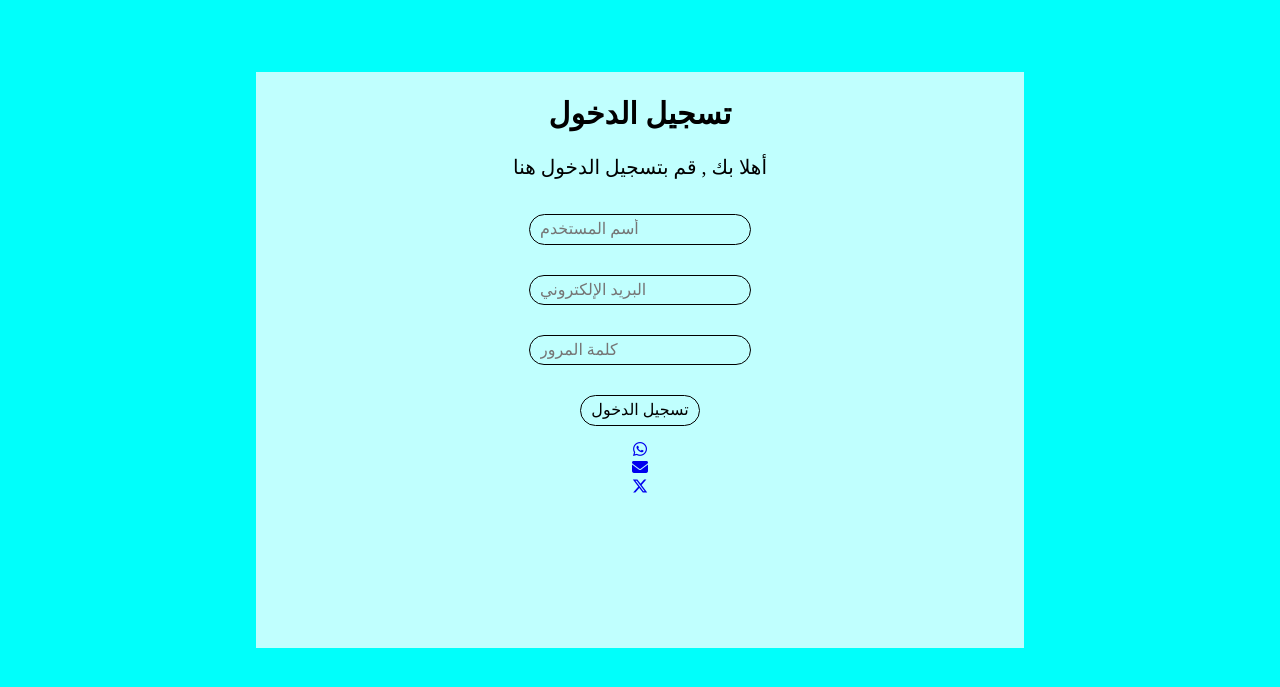
Repository: FaisalFahed/login-page
Page: html/صفحة تسجيل دخول.html
The author's editor kept a copy of each file at every save. The page is drawn from the files as they stood at one save, then again after the next save.
The browser window is 1280 px wide. The pictures show the whole page.
Some web fonts or font styles are not loaded; a fallback is used.

Above is the page before, as saved 2025-04-01 08:32:14.

### html/صفحة تسجيل دخول.html
<!DOCTYPE html>
<html lang="en">
<head>
    <meta charset="UTF-8">
    <meta name="viewport" content="width=device-width, initial-scale=1.0">
    <link rel="stylesheet" href="css/normlaize.css">
    <link rel="stylesheet" href="../css/صفحة تسجيل دخول.css">
    <!-- Font Awesome -->
    <link rel="stylesheet" href="../css/all.min.css">
    <!-- Google Fonts -->
    <link rel="preconnect" href="https://fonts.googleapis.com">
    <link rel="preconnect" href="https://fonts.gstatic.com" crossorigin>
    <link href="https://fonts.googleapis.com/css2?family=Markazi+Text:wght@400..700&display=swap" rel="stylesheet">
    <title>Faisal | صفحة تسجيل دخول</title>
</head>
    <body>
        <div class="container">
            <div class="text">
                <h2>تسجيل الدخول</h2>
                <p>أهلا بك , قم بتسجيل الدخول هنا</p>
            </div>
            <div class="log-in">
                <input type="text" placeholder="أسم المستخدم">
                <input type="email" placeholder="البريد الإلكتروني">
                <input type="password" placeholder="كلمة المرور">
                <input type="submit" value="تسجيل الدخول">
            </div>
            <div class="icons">
                <ul>
                    <li><a href="#"><i class="fa-brands fa-whatsapp"></i></a></li>
                    <li><a href="#"><i class="fa-solid fa-envelope"></i></a></li>
                    <li><a href="#"><i class="fa-brands fa-x-twitter"></i></a></li>
                </ul>
            </div>
        </div>
    </body>
</html>

### css/normlaize.css
/*! normalize.css v8.0.1 | MIT License | github.com/necolas/normalize.css */

/* Document
   ========================================================================== */

/**
 * 1. Correct the line height in all browsers.
 * 2. Prevent adjustments of font size after orientation changes in iOS.
 */

 html {
  line-height: 1.15; /* 1 */
  -webkit-text-size-adjust: 100%; /* 2 */
}

/* Sections
   ========================================================================== */

/**
 * Remove the margin in all browsers.
 */

body {
  margin: 0;
}

/**
 * Render the `main` element consistently in IE.
 */

main {
  display: block;
}

/**
 * Correct the font size and margin on `h1` elements within `section` and
 * `article` contexts in Chrome, Firefox, and Safari.
 */

h1 {
  font-size: 2em;
  margin: 0.67em 0;
}

/* Grouping content
   ========================================================================== */

/**
 * 1. Add the correct box sizing in Firefox.
 * 2. Show the overflow in Edge and IE.
 */

hr {
  box-sizing: content-box; /* 1 */
  height: 0; /* 1 */
  overflow: visible; /* 2 */
}

/**
 * 1. Correct the inheritance and scaling of font size in all browsers.
 * 2. Correct the odd `em` font sizing in all browsers.
 */

pre {
  font-family: monospace, monospace; /* 1 */
  font-size: 1em; /* 2 */
}

/* Text-level semantics
   ========================================================================== */

/**
 * Remove the gray background on active links in IE 10.
 */

a {
  background-color: transparent;
}

/**
 * 1. Remove the bottom border in Chrome 57-
 * 2. Add the correct text decoration in Chrome, Edge, IE, Opera, and Safari.
 */

abbr[title] {
  border-bottom: none; /* 1 */
  text-decoration: underline; /* 2 */
  text-decoration: underline dotted; /* 2 */
}

/**
 * Add the correct font weight in Chrome, Edge, and Safari.
 */

b,
strong {
  font-weight: bolder;
}

/**
 * 1. Correct the inheritance and scaling of font size in all browsers.
 * 2. Correct the odd `em` font sizing in all browsers.
 */

code,
kbd,
samp {
  font-family: monospace, monospace; /* 1 */
  font-size: 1em; /* 2 */
}

/**
 * Add the correct font size in all browsers.
 */

small {
  font-size: 80%;
}

/**
 * Prevent `sub` and `sup` elements from affecting the line height in
 * all browsers.
 */

sub,
sup {
  font-size: 75%;
  line-height: 0;
  position: relative;
  vertical-align: baseline;
}

sub {
  bottom: -0.25em;
}

sup {
  top: -0.5em;
}

/* Embedded content
   ========================================================================== */

/**
 * Remove the border on images inside links in IE 10.
 */

img {
  border-style: none;
}

/* Forms
   ========================================================================== */

/**
 * 1. Change the font styles in all browsers.
 * 2. Remove the margin in Firefox and Safari.
 */

button,
input,
optgroup,
select,
textarea {
  font-family: inherit; /* 1 */
  font-size: 100%; /* 1 */
  line-height: 1.15; /* 1 */
  margin: 0; /* 2 */
}

/**
 * Show the overflow in IE.
 * 1. Show the overflow in Edge.
 */

button,
input { /* 1 */
  overflow: visible;
}

/**
 * Remove the inheritance of text transform in Edge, Firefox, and IE.
 * 1. Remove the inheritance of text transform in Firefox.
 */

button,
select { /* 1 */
  text-transform: none;
}

/**
 * Correct the inability to style clickable types in iOS and Safari.
 */

button,
[type="button"],
[type="reset"],
[type="submit"] {
  -webkit-appearance: button;
}

/**
 * Remove the inner border and padding in Firefox.
 */

button::-moz-focus-inner,
[type="button"]::-moz-focus-inner,
[type="reset"]::-moz-focus-inner,
[type="submit"]::-moz-focus-inner {
  border-style: none;
  padding: 0;
}

/**
 * Restore the focus styles unset by the previous rule.
 */

button:-moz-focusring,
[type="button"]:-moz-focusring,
[type="reset"]:-moz-focusring,
[type="submit"]:-moz-focusring {
  outline: 1px dotted ButtonText;
}

/**
 * Correct the padding in Firefox.
 */

fieldset {
  padding: 0.35em 0.75em 0.625em;
}

/**
 * 1. Correct the text wrapping in Edge and IE.
 * 2. Correct the color inheritance from `fieldset` elements in IE.
 * 3. Remove the padding so developers are not caught out when they zero out
 *    `fieldset` elements in all browsers.
 */

legend {
  box-sizing: border-box; /* 1 */
  color: inherit; /* 2 */
  display: table; /* 1 */
  max-width: 100%; /* 1 */
  padding: 0; /* 3 */
  white-space: normal; /* 1 */
}

/**
 * Add the correct vertical alignment in Chrome, Firefox, and Opera.
 */

progress {
  vertical-align: baseline;
}

/**
 * Remove the default vertical scrollbar in IE 10+.
 */

textarea {
  overflow: auto;
}

/**
 * 1. Add the correct box sizing in IE 10.
 * 2. Remove the padding in IE 10.
 */

[type="checkbox"],
[type="radio"] {
  box-sizing: border-box; /* 1 */
  padding: 0; /* 2 */
}

/**
 * Correct the cursor style of increment and decrement buttons in Chrome.
 */

[type="number"]::-webkit-inner-spin-button,
[type="number"]::-webkit-outer-spin-button {
  height: auto;
}

/**
 * 1. Correct the odd appearance in Chrome and Safari.
 * 2. Correct the outline style in Safari.
 */

[type="search"] {
  -webkit-appearance: textfield; /* 1 */
  outline-offset: -2px; /* 2 */
}

/**
 * Remove the inner padding in Chrome and Safari on macOS.
 */

[type="search"]::-webkit-search-decoration {
  -webkit-appearance: none;
}

/**
 * 1. Correct the inability to style clickable types in iOS and Safari.
 * 2. Change font properties to `inherit` in Safari.
 */

::-webkit-file-upload-button {
  -webkit-appearance: button; /* 1 */
  font: inherit; /* 2 */
}

/* Interactive
   ========================================================================== */

/*
 * Add the correct display in Edge, IE 10+, and Firefox.
 */

details {
  display: block;
}

/*
 * Add the correct display in all browsers.
 */

summary {
  display: list-item;
}

/* Misc
   ========================================================================== */

/**
 * Add the correct display in IE 10+.
 */

template {
  display: none;
}

/**
 * Add the correct display in IE 10.
 */

[hidden] {
  display: none;
}

### css/صفحة تسجيل دخول.css
*{
    box-sizing: border-box;
}

:root{
    --main-color: #ff1f1fd6;
    --main-color-alt: #1787E0;
    --main-transition-duration: 0.3s;
    --main-padding-top: 100px;
    --main-padding-bottom: 100px;
    --section-background: #ECECEC;
}

html{
    scroll-behavior: smooth;
}

body{
    font-family: "Markazi Text", serif;
    background-color: #00fffb;
    display: flex;
    width: 100vw;
    height: 100vh;
    justify-content: center;
    align-items: center;
}

a{
    text-decoration: none;
}

ul{
    list-style: none;
    padding: 0;
    margin: 0;
}

.container{
    padding-left: 15px;
    padding-right: 15px;
    margin-left: auto;
    margin-right: auto;
    background-color: rgba(255, 255, 255, 0.753);
    height: 80vh;
    width: 60vw;
    text-align: center;
}

.text{
    font-size: 20px;
}
.log-in{
    display: flex;
    flex-direction: column;
    align-items: center;
    justify-content: center;
}
.log-in input{
    border: none;
    outline: none;
    padding: 5px 10px;
    margin: 15px 0;
    background-color: transparent;
    border: 1px solid black;
    border-radius: 16px;
}


/* @media (min-width:768px){
    .container{
        width: 750px;
    }
}

@media (min-width:992px){
    .container{
        width: 970px;
    }
}

@media (min-width:1200px){
    .container{
        width: 1170px;
    }
} */

Loaded but not shown: css/all.min.css (library)

After the next save:
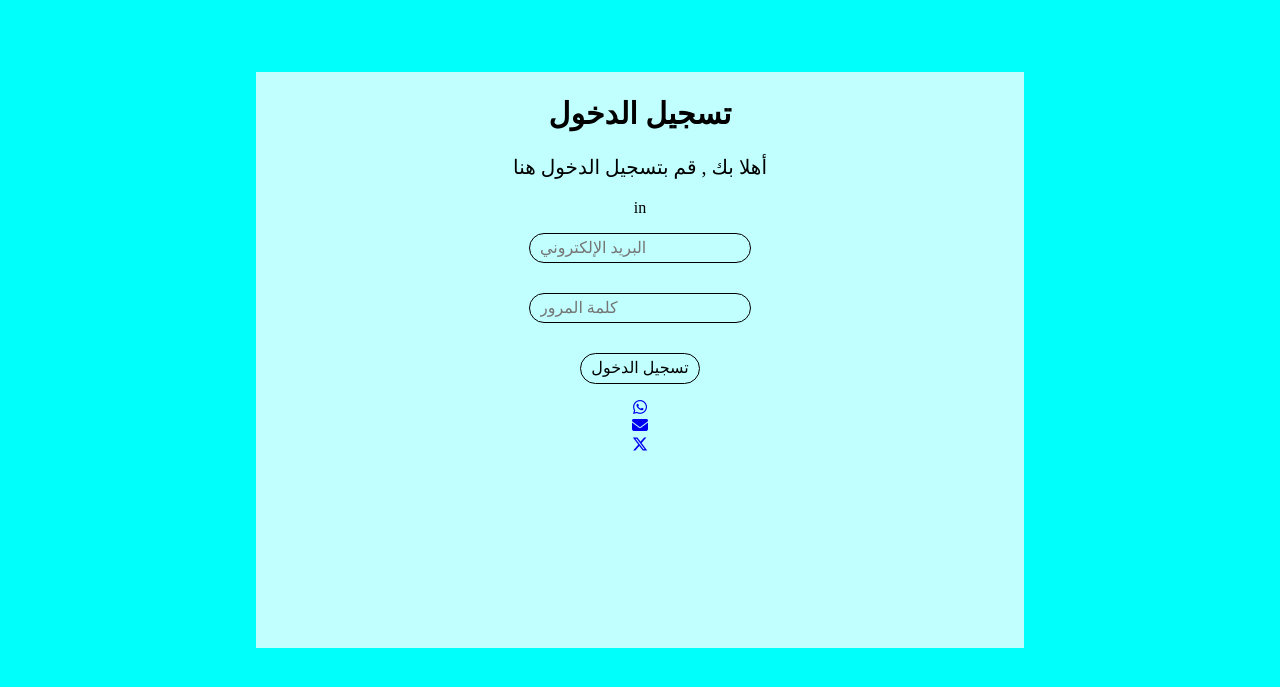
Saved 23 s later.
--- a/html/صفحة تسجيل دخول.html
+++ b/html/صفحة تسجيل دخول.html
@@ -20,7 +20,7 @@
                 <p>أهلا بك , قم بتسجيل الدخول هنا</p>
             </div>
             <div class="log-in">
-                <input type="text" placeholder="أسم المستخدم">
+                in
                 <input type="email" placeholder="البريد الإلكتروني">
                 <input type="password" placeholder="كلمة المرور">
                 <input type="submit" value="تسجيل الدخول">
